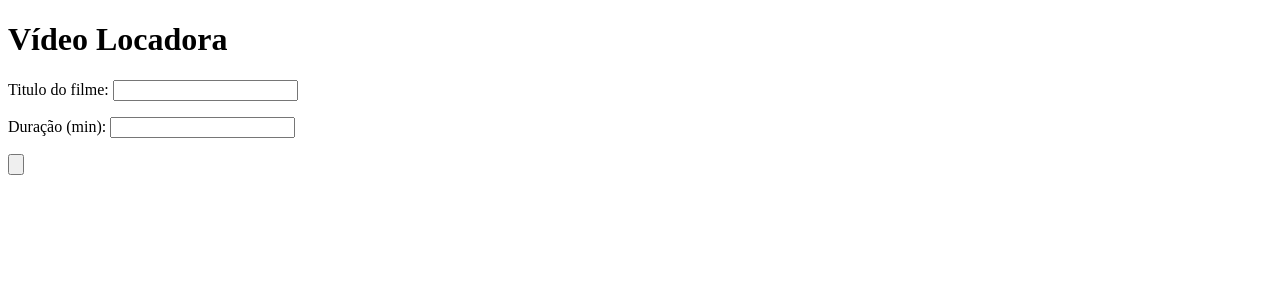
Repository: JhonMercedes/Javascript-book
Page: cap2/ex2_2.html
An editor plug-in stored every save of this project. The page is shown before and after the next save, followed by the edit.
The browser window is 1280 px wide. The pictures show the whole page.

Above is the page before, as saved 2021-12-02 18:39:50.

After the next save:
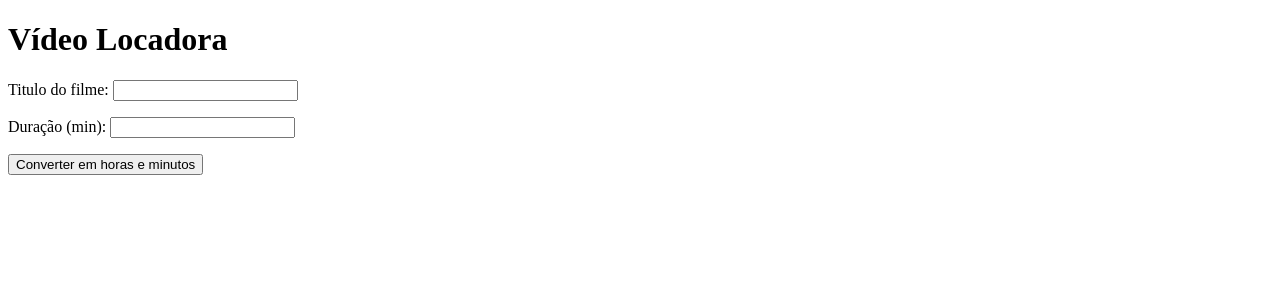
Saved 35 s later.
--- a/cap2/ex2_2.html
+++ b/cap2/ex2_2.html
@@ -15,6 +15,6 @@
         <input type="number" id="minutos">
     </p>
 
-    <input type="button" id="converter" placeholder="kkkkkkkkkkkk">
+    <input type="button" id="converter" value="Converter em horas e minutos" >
 </body>
 </html>
